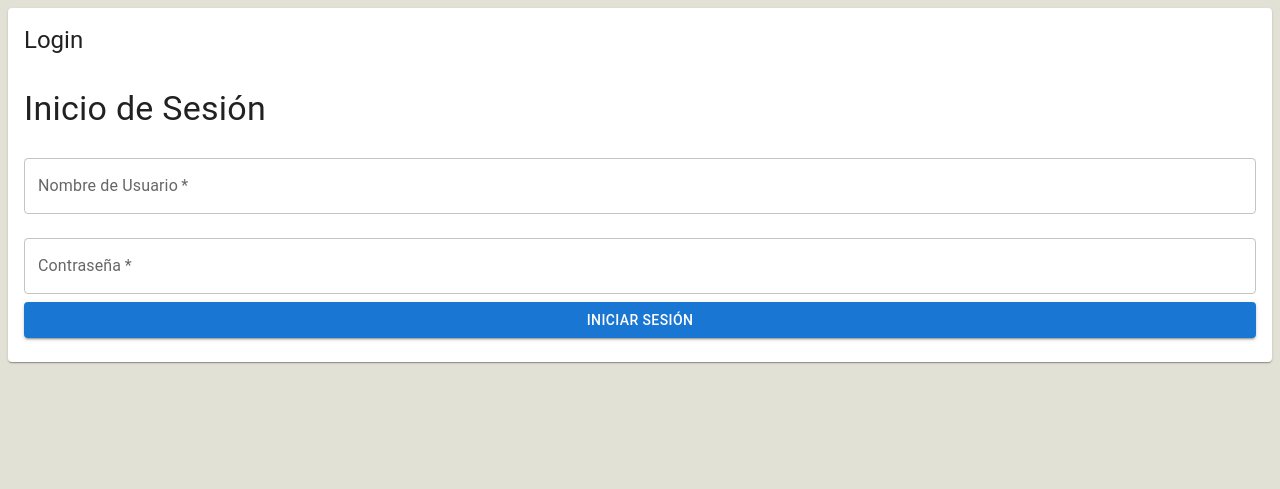
Repository: Mpablom/usuarioCaC-integrador-final-front
Page: /
These files come from the project's save history. The page is drawn as it stood at one moment and after the next save; the edit follows.
The browser window is 1280 px wide. The pictures show the whole page.
The project was rebuilt for these pictures with package versions that can differ from the ones it lists, and the page was loaded fresh each time. Also part of the build but not shown: vite.config.ts, src/components/UsuariosTable.tsx.

Above is the page before, as saved 2024-07-11 00:14:55.

After the next save:
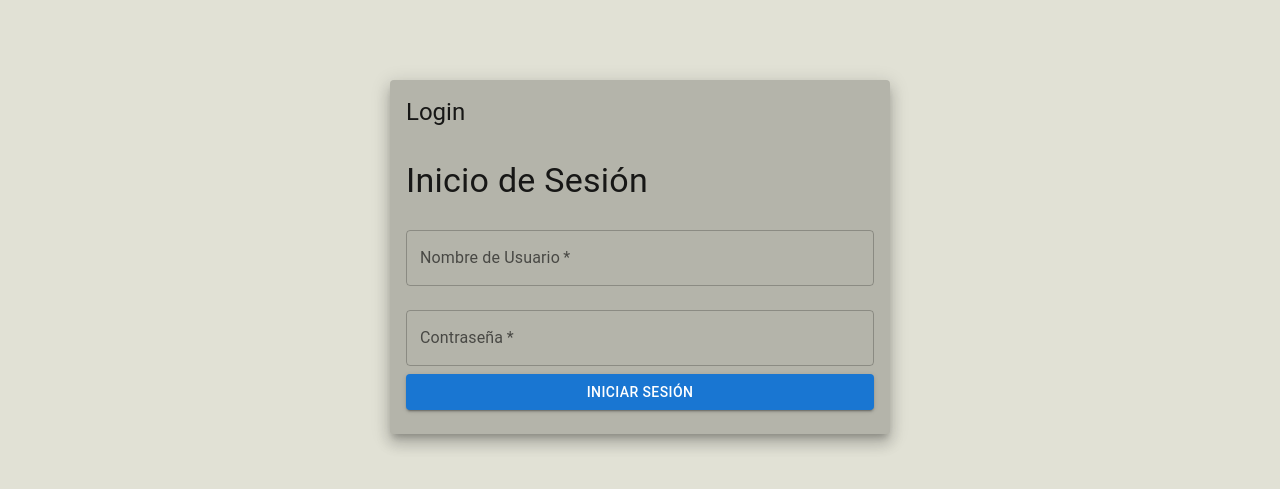
Saved 23 s later.
--- a/src/components/Login.tsx
+++ b/src/components/Login.tsx
@@ -29,7 +29,7 @@ const Login: React.FC = () => {
     }
   };
   return (
-    <Card>
+    <Card sx={{ maxWidth: 500, margin: "auto", boxShadow:'10', mt: 10, bgcolor:"#B4B4AA" }}>
       <CardHeader title="Login" />
       <CardContent>
         <Typography variant="h4" component="h1" gutterBottom>
